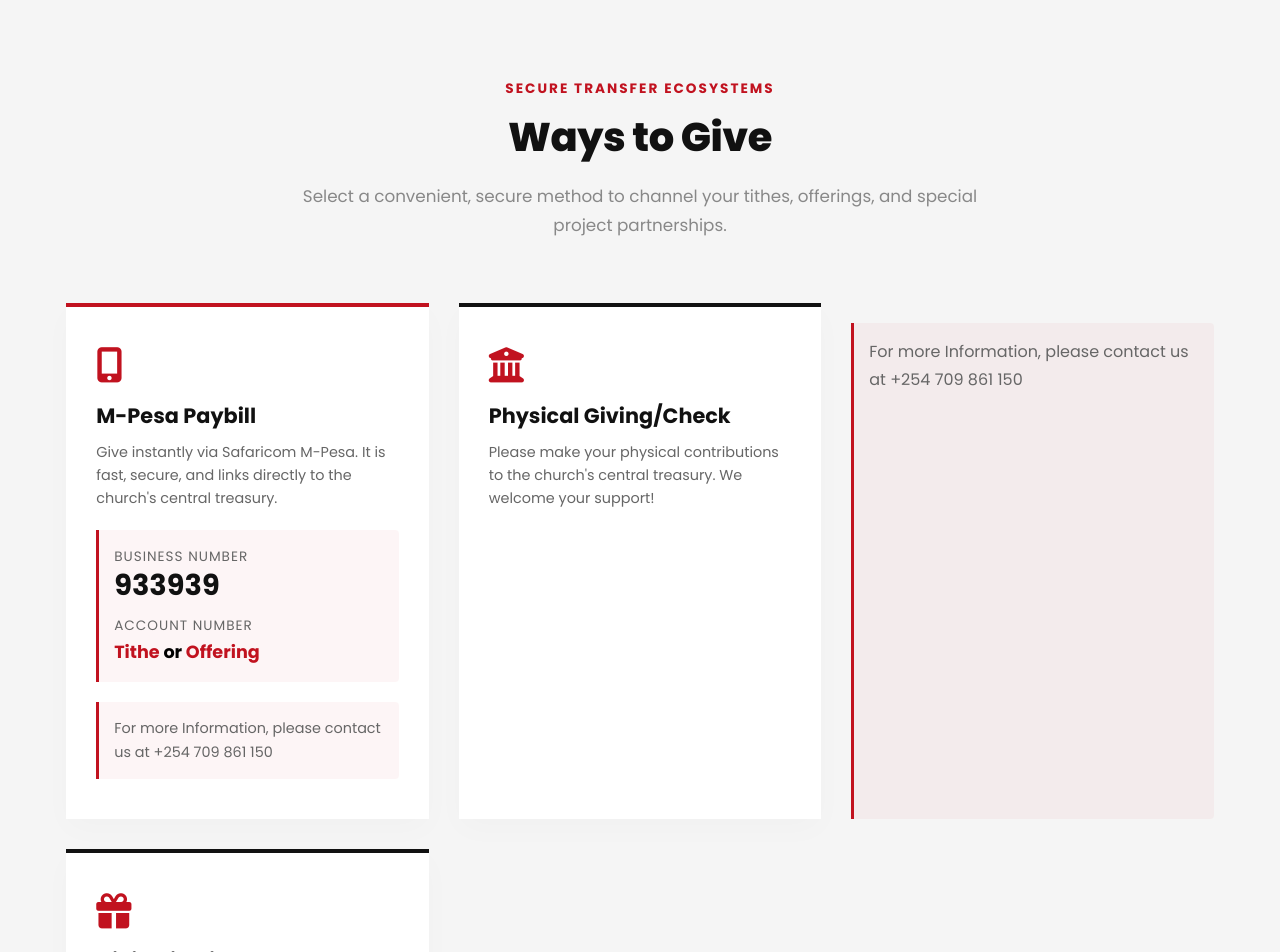
Repository: jereworks/CITAMVRD-Website
Page: give.html
The author's editor kept a copy of each file at every save. The page is drawn from the files as they stood at one save, then again after the next save.
The browser window is 1280 px wide. The pictures show the part of the page from y = 518 to 1470 px (the page is 2987 px tall).

Above is the page before, as saved 2026-06-12 07:39:46.

After the next save:
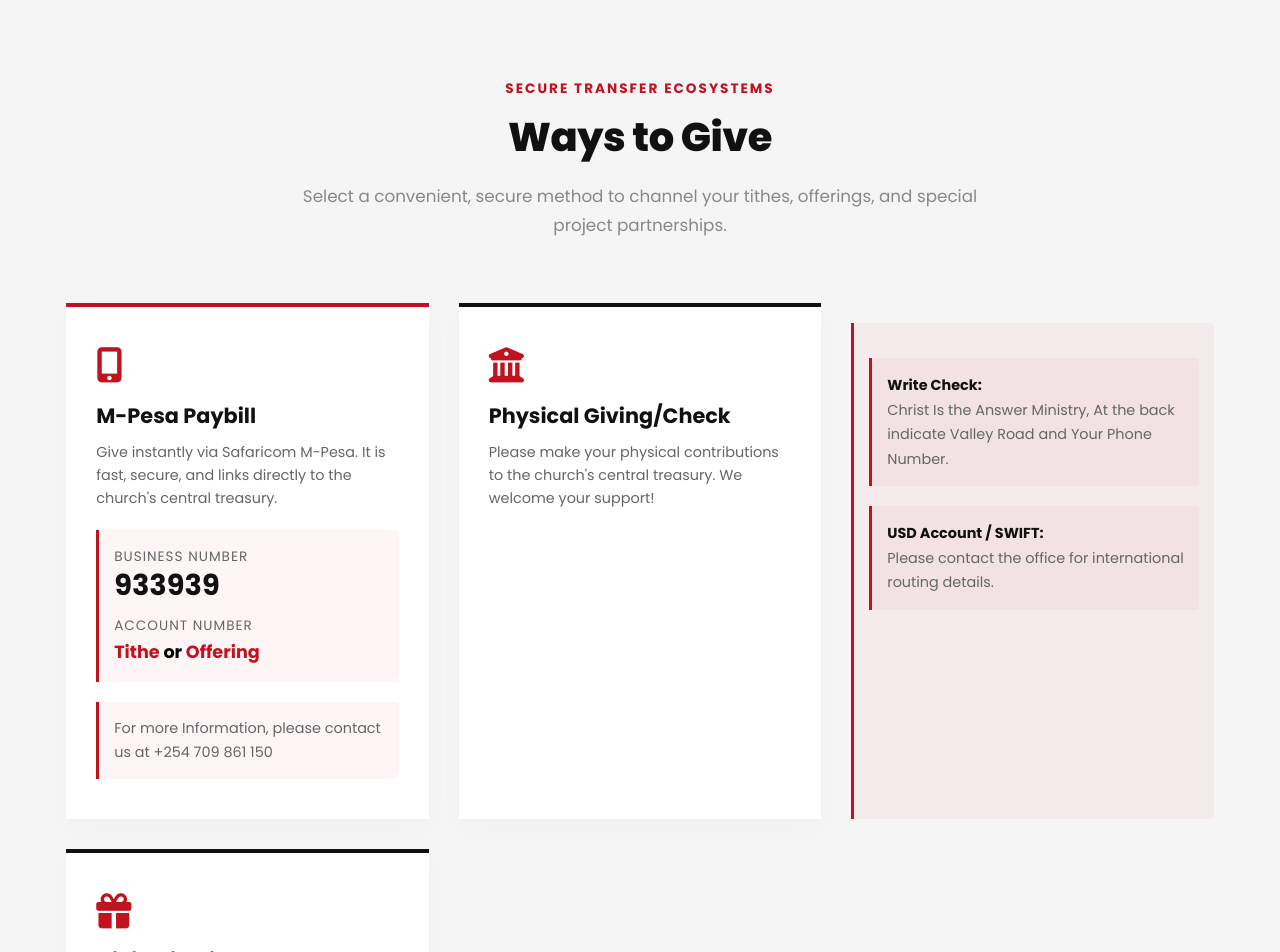
Saved 12 s later.
--- a/give.html
+++ b/give.html
@@ -120,7 +120,17 @@
                 </div>
 
                 <div style="background: rgba(193, 18, 31, 0.04); border-left: 3px solid var(--primary); padding: 15px; margin-top: 20px; border-radius: 0 4px 4px 0;">
-                        <p style="flex-grow: 1;">For more Information, please contact us at +254 709 861 150</p>
+                        <ul style="list-style: none; font-size: 0.9rem;">
+                            <li style="background: rgba(193, 18, 31, 0.04); border-left: 3px solid var(--primary); padding: 15px; margin-top: 20px; border-radius: 0 4px 4px 0;">
+                                <strong style="color: var(--dark); display: block;">Write Check:</strong>
+                                Christ Is the Answer Ministry, At the back indicate Valley Road and Your Phone Number.
+                            </li>
+
+                            <li style="background: rgba(193, 18, 31, 0.04); border-left: 3px solid var(--primary); padding: 15px; margin-top: 20px; border-radius: 0 4px 4px 0;">
+                                <strong style="color: var(--dark); display: block;">USD Account / SWIFT:</strong>
+                                Please contact the office for international routing details.
+                            </li>
+                        </ul>
                 </div>
 
                 <div class="identity-box animate-on-scroll reveal-up delay-2" style="display: flex; flex-direction: column;">
